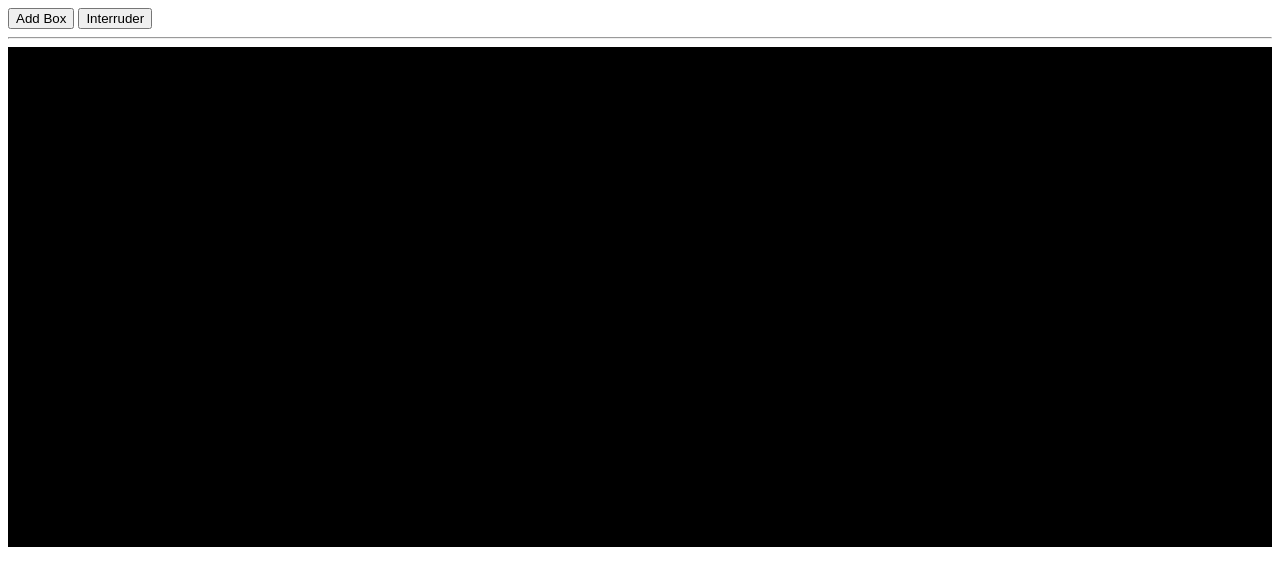
Repository: PankajSutharPersistent/vm-backup
Page: workspaceJavaScript/JSDemo/step-20.html
The author's editor kept a copy of each file at every save. The page is drawn from the files as they stood at one save, then again after the next save.
The browser window is 1280 px wide. The pictures show the whole page.

Above is the page before, as saved 2016-12-30 05:27:34.

After the next save:
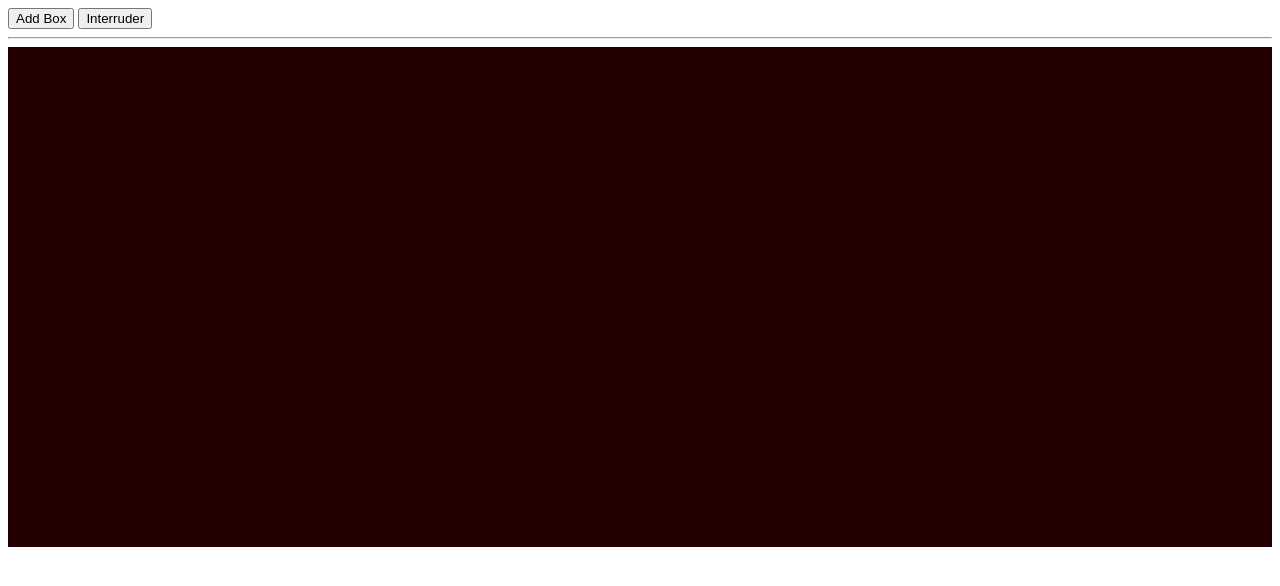
Saved 13 s later.
--- a/workspaceJavaScript/JSDemo/step-20.html
+++ b/workspaceJavaScript/JSDemo/step-20.html
@@ -7,7 +7,7 @@
 		#box{
 
 			height :500px;
-			background-color: #000000;
+			background-color: #250000;
 			overflow: auto;
 		}
 		 .box div{

After the 5 saves that followed:
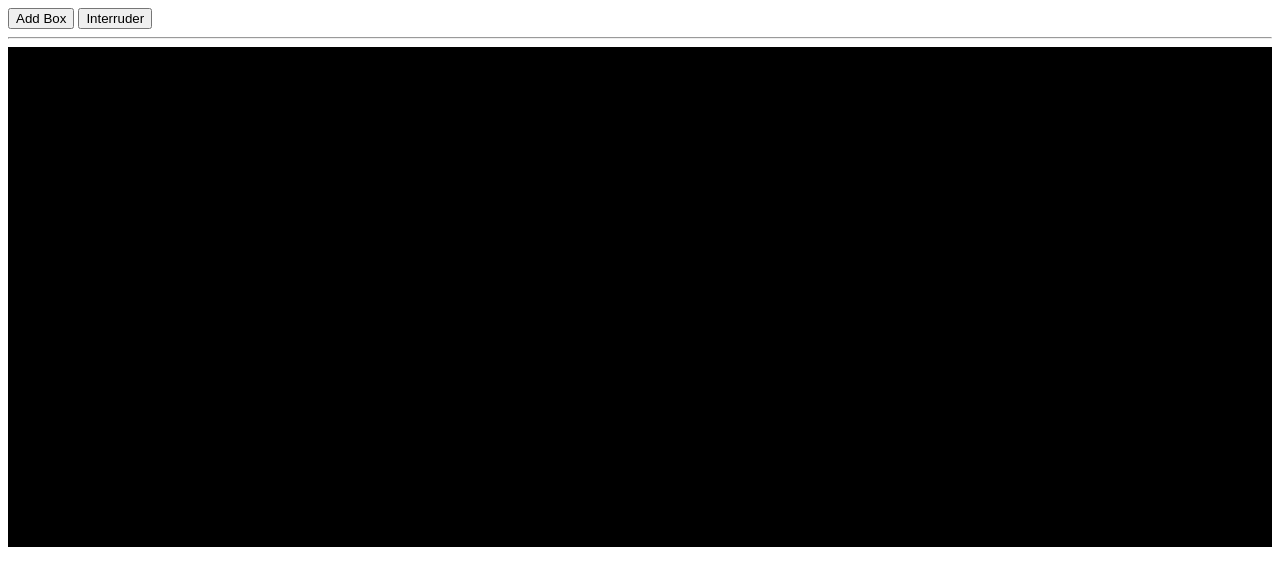
The 5 saves are shown as one change because 4 left the picture as it was.
The last was saved 50 s later.
--- a/workspaceJavaScript/JSDemo/step-20.html
+++ b/workspaceJavaScript/JSDemo/step-20.html
@@ -7,15 +7,15 @@
 		#box{
 
 			height :500px;
-			background-color: #250000;
+			background-color: #000000;
 			overflow: auto;
 		}
-		 .box div{
+		 #box div{
 		 	height: 50px;
 		 	width: 50px;
 		 	margin: 5px;
 		 	float: left;
-		 	color: #FF0000;
+		 	background-color: red;;
 		 }
 	</style>
 	<script type="text/javascript" charset="utf-8">
